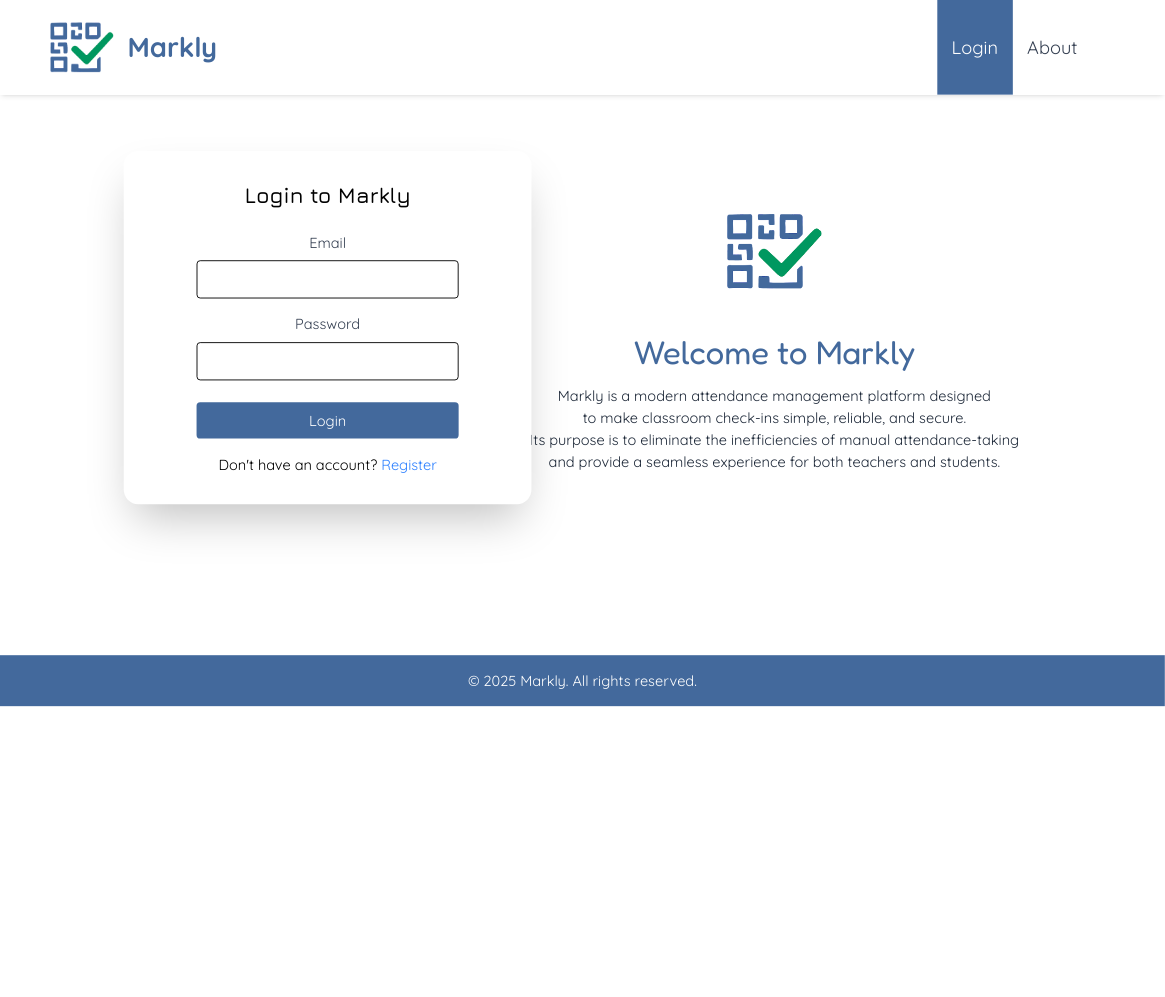
Repository: Mozukie/Markly
Page: /login
The author's editor kept a copy of each file at every save. The page is drawn from the files as they stood at one save, then again after the next save.
The browser window is 1280 px wide. The pictures show the whole page, at 91% of full size.
Some web fonts or font styles are not loaded; a fallback is used. The project was rebuilt for these pictures with package versions that can differ from the ones it lists, and the page was loaded fresh each time. Also part of the build but not shown: vite.config.js, src/pages/NotFound.jsx, src/pages/Home.jsx, src/components/About.jsx, src/pages/Students/studentdashboard.jsx.

Above is the page before, as saved 2025-08-23 22:09:30.

After the next save:
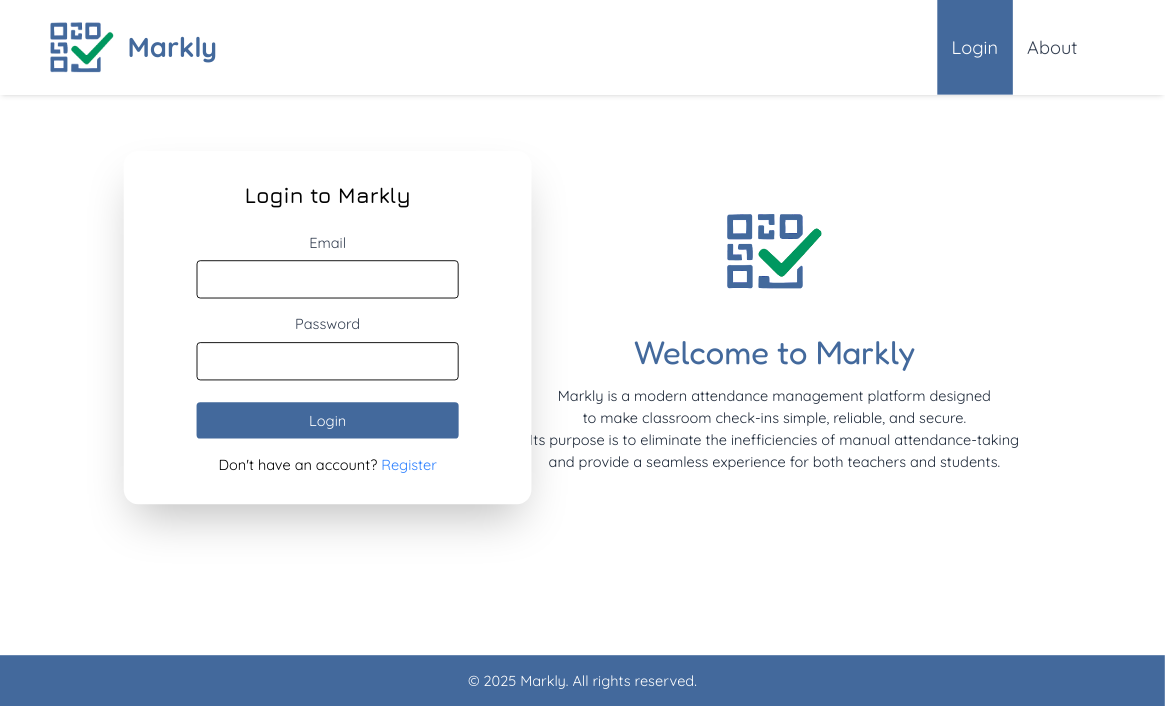
Saved 8 s later.
--- a/src/components/Footer.jsx
+++ b/src/components/Footer.jsx
@@ -5,7 +5,7 @@ import { NavLink } from "react-router-dom";
 export default function(){
     return(
         <>
-        <footer className="bg-[#43699c] text-white p-4 text-center mb-80 z-100">
+        <footer className="bg-[#43699c] text-white p-4 text-center z-100">
              &copy; 2025 Markly. All rights reserved.
         </footer>
         </>
